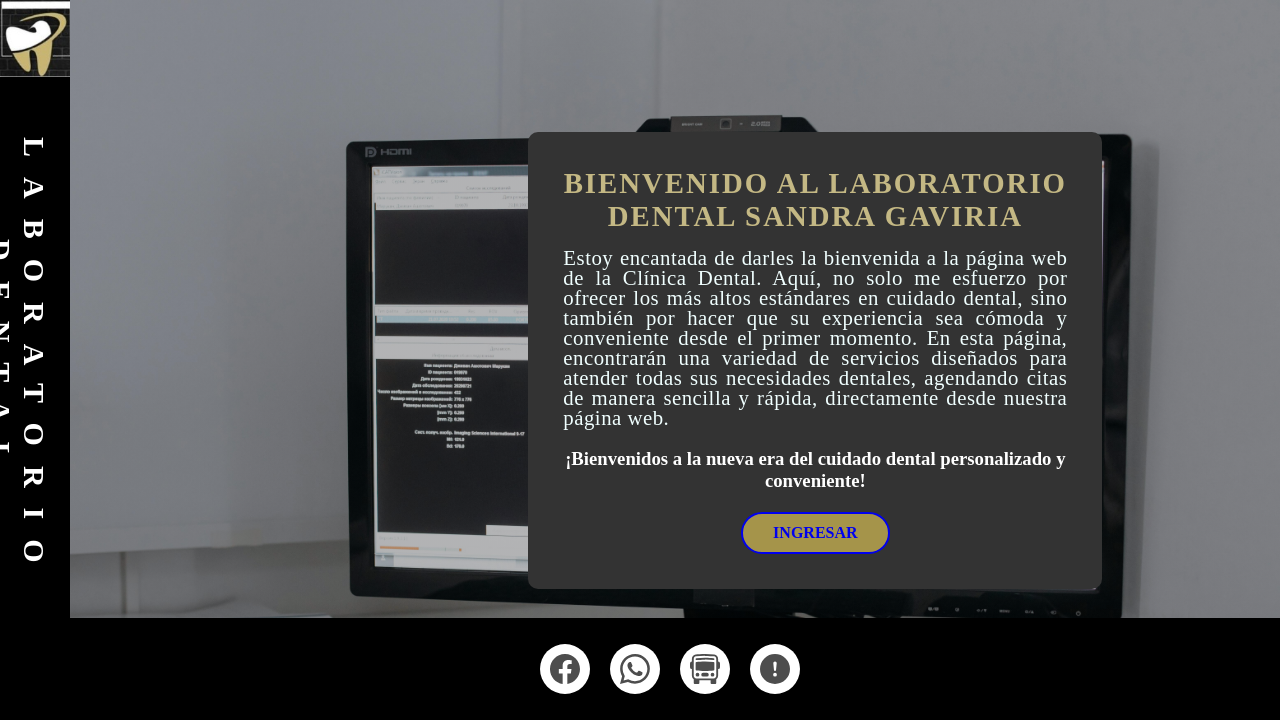
Repository: IIntef/ProyectoDental2.0
Page: Proyecto/Proyecto/Fer.html
These files come from the project's save history. The page is drawn as it stood at one moment and after the next save; the edit follows.
The browser window is 1280 px wide. The pictures show the whole page.

Above is the page before, as saved 2024-06-20 17:37:41.

### Proyecto/Proyecto/Fer.html
<!DOCTYPE html>
<html lang="en">
<head>
    <meta charset="UTF-8">
    <meta name="viewport" content="width=device-width, initial-scale=1.0">
    <title>Inicio</title>
    <link rel="stylesheet" href="StyleFer.css">
<body>
    <header>
        <img src="Logo.jpeg" alt="Logo Laboratorio Dental">
        <h1>LABORATORIO DENTAL</h1>
    </header>
    <main>
        <div class="container">
            <h2>BIENVENIDO AL LABORATORIO DENTAL SANDRA GAVIRIA</h2>
            <p>Estoy encantada de darles la bienvenida a la página web de la Clínica Dental. Aquí, no solo me esfuerzo por ofrecer los más altos estándares
            en cuidado dental, sino también por hacer que su experiencia sea cómoda y conveniente desde el primer momento.
            En esta página, encontrarán una variedad de servicios diseñados para atender todas sus necesidades dentales, agendando citas de manera sencilla y rápida, directamente desde nuestra página web.</p>
            <h3>¡Bienvenidos a la nueva era del cuidado dental personalizado y conveniente!</h3>
            <div class="buttons">
                <a href="#" class="btn"> INGRESAR</a>
            </div>
        </div>
    </main>
    <footer>
        <ul class="example-2">
            <li class="icon-content">
            <a
                href="https://www.facebook.com/profile.php?id=100042873386422&mibextid=ZbWKwL"
                aria-label="Facebook"
                data-social="Facebook">
                <div class="filled"></div>
                <svg xmlns="http://www.w3.org/2000/svg" width="16" height="16" fill="currentColor" class="bi bi-facebook" viewBox="0 0 16 16">
                    <path d="M16 8.049c0-4.446-3.582-8.05-8-8.05C3.58 0-.002 3.603-.002 8.05c0 4.017 2.926 7.347 6.75 7.951v-5.625h-2.03V8.05H6.75V6.275c0-2.017 1.195-3.131 3.022-3.131.876 0 1.791.157 1.791.157v1.98h-1.009c-.993 0-1.303.621-1.303 1.258v1.51h2.218l-.354 2.326H9.25V16c3.824-.604 6.75-3.934 6.75-7.951"/>
                </svg>
            </a>
            <div class="tooltip">Facebook</div>
            </li>
            <li class="icon-content">
            <a href="#" aria-label="Whatsapp" data-social="Whatsapp">
                <div class="filled"></div>
                <svg xmlns="http://www.w3.org/2000/svg" width="16" height="16" fill="currentColor" class="bi bi-whatsapp" viewBox="0 0 16 16">
                    <path d="M13.601 2.326A7.85 7.85 0 0 0 7.994 0C3.627 0 .068 3.558.064 7.926c0 1.399.366 2.76 1.057 3.965L0 16l4.204-1.102a7.9 7.9 0 0 0 3.79.965h.004c4.368 0 7.926-3.558 7.93-7.93A7.9 7.9 0 0 0 13.6 2.326zM7.994 14.521a6.6 6.6 0 0 1-3.356-.92l-.24-.144-2.494.654.666-2.433-.156-.251a6.56 6.56 0 0 1-1.007-3.505c0-3.626 2.957-6.584 6.591-6.584a6.56 6.56 0 0 1 4.66 1.931 6.56 6.56 0 0 1 1.928 4.66c-.004 3.639-2.961 6.592-6.592 6.592m3.615-4.934c-.197-.099-1.17-.578-1.353-.646-.182-.065-.315-.099-.445.099-.133.197-.513.646-.627.775-.114.133-.232.148-.43.05-.197-.1-.836-.308-1.592-.985-.59-.525-.985-1.175-1.103-1.372-.114-.198-.011-.304.088-.403.087-.088.197-.232.296-.346.1-.114.133-.198.198-.33.065-.134.034-.248-.015-.347-.05-.099-.445-1.076-.612-1.47-.16-.389-.323-.335-.445-.34-.114-.007-.247-.007-.38-.007a.73.73 0 0 0-.529.247c-.182.198-.691.677-.691 1.654s.71 1.916.81 2.049c.098.133 1.394 2.132 3.383 2.992.47.205.84.326 1.129.418.475.152.904.129 1.246.08.38-.058 1.171-.48 1.338-.943.164-.464.164-.86.114-.943-.049-.084-.182-.133-.38-.232"/>
                </svg>
            </a>
            <div class="tooltip">Whatsapp</div>
            </li>
            <li class="icon-content">
            <a
                href="https://maps.app.goo.gl/ANEuUgRV9diJPPBv7"
                aria-label="Mapa"
                data-social="Mapa">
                <div class="filled"></div>
                <svg xmlns="http://www.w3.org/2000/svg" width="16" height="16" fill="currentColor" class="bi bi-bus-front" viewBox="0 0 16 16">
                    <path d="M5 11a1 1 0 1 1-2 0 1 1 0 0 1 2 0m8 0a1 1 0 1 1-2 0 1 1 0 0 1 2 0m-6-1a1 1 0 1 0 0 2h2a1 1 0 1 0 0-2zm1-6c-1.876 0-3.426.109-4.552.226A.5.5 0 0 0 3 4.723v3.554a.5.5 0 0 0 .448.497C4.574 8.891 6.124 9 8 9s3.426-.109 4.552-.226A.5.5 0 0 0 13 8.277V4.723a.5.5 0 0 0-.448-.497A44 44 0 0 0 8 4m0-1c-1.837 0-3.353.107-4.448.22a.5.5 0 1 1-.104-.994A44 44 0 0 1 8 2c1.876 0 3.426.109 4.552.226a.5.5 0 1 1-.104.994A43 43 0 0 0 8 3"/>
                    <path d="M15 8a1 1 0 0 0 1-1V5a1 1 0 0 0-1-1V2.64c0-1.188-.845-2.232-2.064-2.372A44 44 0 0 0 8 0C5.9 0 4.208.136 3.064.268 1.845.408 1 1.452 1 2.64V4a1 1 0 0 0-1 1v2a1 1 0 0 0 1 1v3.5c0 .818.393 1.544 1 2v2a.5.5 0 0 0 .5.5h2a.5.5 0 0 0 .5-.5V14h6v1.5a.5.5 0 0 0 .5.5h2a.5.5 0 0 0 .5-.5v-2c.607-.456 1-1.182 1-2zM8 1c2.056 0 3.71.134 4.822.261.676.078 1.178.66 1.178 1.379v8.86a1.5 1.5 0 0 1-1.5 1.5h-9A1.5 1.5 0 0 1 2 11.5V2.64c0-.72.502-1.301 1.178-1.379A43 43 0 0 1 8 1"/>
                </svg>
            </a>
            <div class="tooltip">Ubicacion</div>
            </li>
            <li class="icon-content">
            <a href="#" aria-label="Acercade" data-social="Acercade">
                <div class="filled"></div>
                <svg xmlns="http://www.w3.org/2000/svg" width="16" height="16" fill="currentColor" class="bi bi-exclamation-circle-fill" viewBox="0 0 16 16">
                    <path d="M16 8A8 8 0 1 1 0 8a8 8 0 0 1 16 0M8 4a.905.905 0 0 0-.9.995l.35 3.507a.552.552 0 0 0 1.1 0l.35-3.507A.905.905 0 0 0 8 4m.002 6a1 1 0 1 0 0 2 1 1 0 0 0 0-2"/>
                </svg>
            </a>
            <div class="tooltip">Sobre Nosotros</div>
            </li>
        </ul>
    </footer>
</body>
</html>

### Proyecto/Proyecto/StyleFer.css
header{
    position: relative;
    background-color: #000000;
    width: fit-content;
    height: 100vh;
    display: flex;
    flex-direction: column;
    align-items: center;
    justify-content: space-between;
    z-index: 1;
}

header h1 {
        position: absolute;
        top: 0;
        bottom: 0;
        left: 0;
        right: 0;
        margin: 27%;
        writing-mode: vertical-rl;
        letter-spacing: 20px;
        font-size: 30px;
        transform: rotate(0deg);
        color: #fff;
        font-weight: bold;
    }


header img {
    width: 8vw;
    max-width: 70px;
}

main{
    width: 100%;
    justify-content:center;
    align-items: center;
    margin-left: calc(55% - 6.5cm);
}

.container{
    flex: 1;
    background-color: #333;
    color: #ffffff;
    padding: 35px;
    text-align: center;
    width: 70vw;
    max-width: 70vh;
    border-radius: 10px;
}
body {
    padding: 0;
    margin: 0;
    font-family: 'Times New Roman', Times, serif, Helvetica, Arial, sans-serif;
    display: flex;
    align-items: center;
    min-height: 100%;
    background: linear-gradient(rgba(5,7,12,0.3), rgba(5,7,12,0.3)), url("Fondo.jpg"), no-repeat center center fixed;
    width: 100%;
    background-size: cover;
}

h1{
    margin: 0;
    color: white;
    font-family: 'Fredoka One', cursive;
    letter-spacing: 2px;
    font-size: clamp(1.5rem, 2.5vw, 2rem);
    text-align: center;
}

h2{
    margin: 0;
    color: #c4b884;
    font-family: 'Fredoka One';
    letter-spacing: 2px;
    font-size: clamp(1.2rem, 2.5vw, 1.8rem);
    text-align:center;
}

h3{
    color: #ffffff;
}

p{
    font-weight: 100;
    line-height: 20px;
    letter-spacing: 0.5px;
    margin: 15px 0 20px;
    font-size: clamp(1.2rem, 2.5vw, 1.3rem);
    text-align: justify;
    color:azure;
}


.buttons {
    margin-top: 20px;
    align-items: center;
}

.btn:link,
.btn:visited {
text-transform: "Fredoka one";
text-decoration: none;
font-weight: 900;
background-color: #a5944a;
color-scheme:  rgb(255, 255, 255);
padding: 10px 30px;
border: 2px solid;
border-radius: 1000px;
display: inline-block;
transition: all .2s;
position: relative;
}

.btn:hover {
transform: translateY(-5px);
box-shadow: 0 10px 20px rgb(172, 158, 80);
}

.btn:active {
transform: translateY(-3px);
}

.btn::after {
content: "";
display: inline-block;
height: 100%;
width: 100%;
border-radius: 100px;
top: 0;
left: 0;
position: absolute;
z-index: -1;
transition: all .3s;
}

.btn:hover::after {
background-color: rgb(190, 185, 107);
transform: scaleX(1.4) scaleY(1.5);
opacity: 0;
}

footer{
    position: fixed; /* Fijar el pie de página */
    bottom: 0; /* Alinearlo al fondo */
    left: 0; /* Alinearlo a la izquierda */
    width: 100%; /* Ocupar todo el ancho */
    background-color: #000000; /* Color de fondo */
    padding: 10px; /* Espaciado interior */
    text-align: right; /* Alinear contenido a la derecha */
    color: #ffffff; /* Color del texto */
}
h6{
    text-align: center;
    letter-spacing: 0cap;
}

footer img {
    width: 8vw;
    max-width: 70px;
}

iframe img{
    width: 8vw;
    max-width: 70px;
}

ul {
    list-style: none;
}

.example-2 {
    display: flex;
    justify-content: center;
    align-items: center;
}

.example-2 .icon-content {
    margin: 0 10px;
    position: relative;
}
.example-2 .icon-content .tooltip {
    position: absolute;
    top: -30px;
    left: 50%;
    transform: translateX(-50%);
    color: #fff;
    padding: 6px 10px;
    border-radius: 5px;
    opacity: 0;
    visibility: hidden;
    font-size: 14px;
    transition: all 0.3s ease;
}

.example-2 .icon-content:hover .tooltip {
    opacity: 1;
    visibility: visible;
    top: -50px;
}
.example-2 .icon-content a {
    position: relative;
    overflow: hidden;
    display: flex;
    justify-content: center;
    align-items: center;
    width: 50px;
    height: 50px;
    border-radius: 50%;
    color: #4d4d4d;
    background-color: #fff;
    transition: all 0.3s ease-in-out;
}

.example-2 .icon-content a:hover {
    box-shadow: 3px 2px 45px 0px rgb(0 0 0 / 12%);
}

.example-2 .icon-content a svg {
    position: relative;
    z-index: 1;
    width: 30px;
    height: 30px;
}

.example-2 .icon-content a:hover {
    color: white;
}

.example-2 .icon-content a .filled {
    position: absolute;
    top: auto;
    bottom: 0;
    left: 0;
    width: 100%;
    height: 0;
    background-color: #000;
    transition: all 0.3s ease-in-out;
}

.example-2 .icon-content a:hover .filled {
    height: 100%;
}

.example-2 .icon-content a[data-social="Facebook"] .filled,
.example-2 .icon-content a[data-social="Facebook"] ~ .tooltip {
    background-color: #142fcc;
}

.example-2 .icon-content a[data-social="Whatsapp"] .filled,
.example-2 .icon-content a[data-social="Whatsapp"] ~ .tooltip {
    background-color: #258525;
}
.example-2 .icon-content a[data-social="Mapa"] .filled,
.example-2 .icon-content a[data-social="Mapa"] ~ .tooltip {
    background-color: rgb(153, 62, 62);
}
.example-2 .icon-content a[data-social="Acercade"] .filled,
.example-2 .icon-content a[data-social="Acercade"] ~ .tooltip {
    background-color: #837431;
}

.tooltip {
    text-align: center;
}

After the next save:
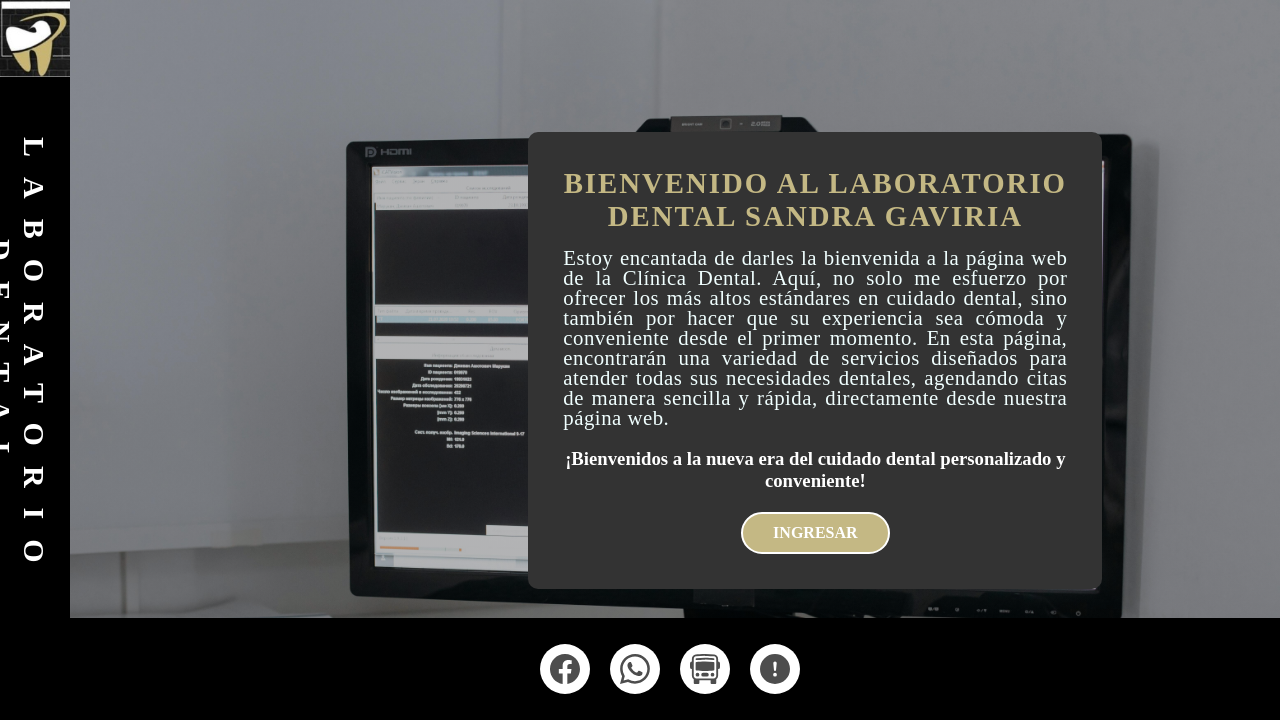
Saved 35 s later.
--- a/Proyecto/Proyecto/StyleFer.css
+++ b/Proyecto/Proyecto/StyleFer.css
@@ -103,8 +103,8 @@ p{
 text-transform: "Fredoka one";
 text-decoration: none;
 font-weight: 900;
-background-color: #a5944a;
-color-scheme:  rgb(255, 255, 255);
+background-color: #c4b884;
+color: rgb(255, 255, 255);
 padding: 10px 30px;
 border: 2px solid;
 border-radius: 1000px;
